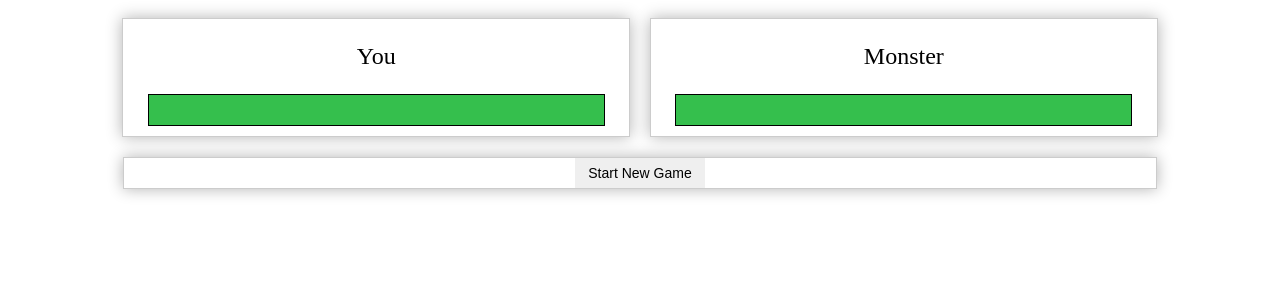
Repository: jakublack/game-fight-vue
Page: /
The author's editor kept a copy of each file at every save. The page is drawn from the files as they stood at one save, then again after the next save.
The browser window is 1280 px wide. The pictures show the whole page.
The project was rebuilt for these pictures with package versions that can differ from the ones it lists, and the page was loaded fresh each time.

Above is the page before, as saved 2018-08-08 20:52:17.

After the next save:
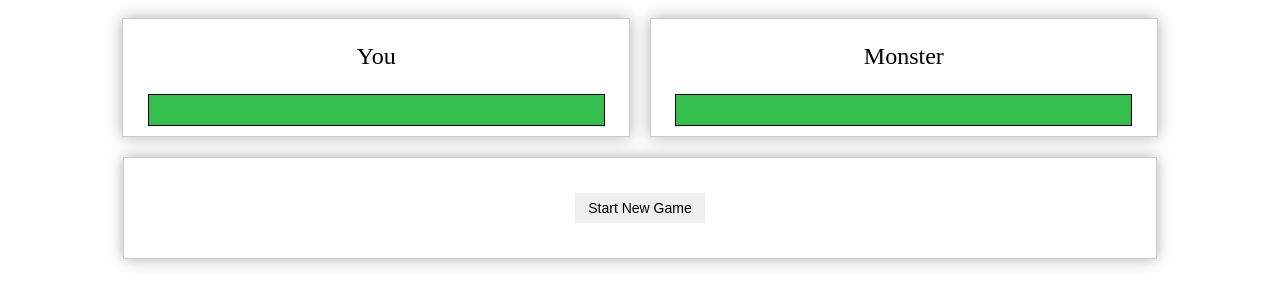
Saved 8 s later.
--- a/src/components/Game.vue
+++ b/src/components/Game.vue
@@ -56,6 +56,7 @@ export default {
 .wrapper-action {
   width: calc(80% + 20px);
   height: auto;
+  min-height: 100px;
   margin: 10px auto;
   border: 1px solid #ccc;
   box-shadow: 0px 0px 15px 0px rgba(0,0,0,0.3);
